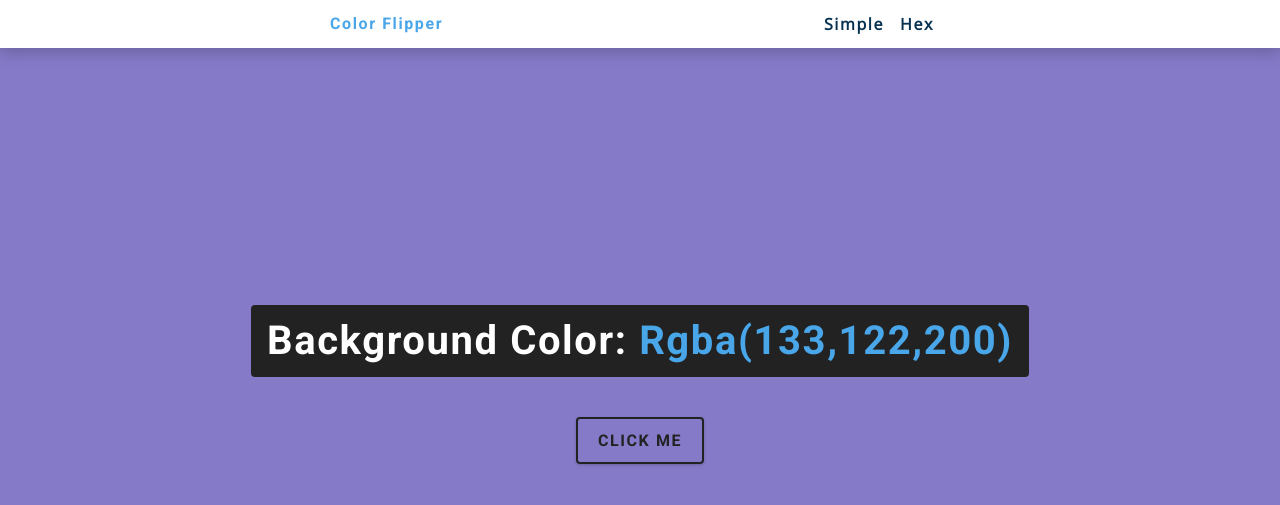
Repository: smit1298/color-changer
Page: index.html
The author's editor kept a copy of each file at every save. The page is drawn from the files as they stood at one save, then again after a run of saves.
The browser window is 1280 px wide. The pictures show the whole page.
After loading, the first visible `#btn` was clicked once.

Above is the page before, as saved 2022-05-02 10:37:13.

### index.html
<!DOCTYPE html>
<html lang="en">

<head>
  <meta charset="UTF-8" />
  <meta name="viewport" content="width=device-width, initial-scale=1.0" />
  <title>Color Flipper || Simple</title>

  <!-- styles -->
  <link rel="stylesheet" href="styles.css" />
</head>

<body>
  <nav>
    <div class="nav-center">
      <h4>color Flipper</h4>
      <ul class="nav-links">
        <li>
          <a href="index.html">simple</a>
        </li>
        <li>
          <a href="hex.html">hex</a>
        </li>
      </ul>
    </div>
  </nav>
  <main>
    <div class="container">
      <h2>background color:
        <span class="color">
          #f1f5f8
        </span>
      </h2>
      <button class="btn btn-hero" id="btn">click me</button>
    </div>
  </main>
  <script src="app.js"></script>
</body>

</html>

### styles.css
/*
===============
Fonts
===============
*/
@import url("https://fonts.googleapis.com/css?family=Open+Sans|Roboto:400,700&display=swap");

/*
===============
Variables
===============
*/

:root {
  /* dark shades of primary color*/
  --clr-primary-1: hsl(205, 86%, 17%);
  --clr-primary-2: hsl(205, 77%, 27%);
  --clr-primary-3: hsl(205, 72%, 37%);
  --clr-primary-4: hsl(205, 63%, 48%);
  /* primary/main color */
  --clr-primary-5: hsl(205, 78%, 60%);
  /* lighter shades of primary color */
  --clr-primary-6: hsl(205, 89%, 70%);
  --clr-primary-7: hsl(205, 90%, 76%);
  --clr-primary-8: hsl(205, 86%, 81%);
  --clr-primary-9: hsl(205, 90%, 88%);
  --clr-primary-10: hsl(205, 100%, 96%);
  /* darkest grey - used for headings */
  --clr-grey-1: hsl(209, 61%, 16%);
  --clr-grey-2: hsl(211, 39%, 23%);
  --clr-grey-3: hsl(209, 34%, 30%);
  --clr-grey-4: hsl(209, 28%, 39%);
  /* grey used for paragraphs */
  --clr-grey-5: hsl(210, 22%, 49%);
  --clr-grey-6: hsl(209, 23%, 60%);
  --clr-grey-7: hsl(211, 27%, 70%);
  --clr-grey-8: hsl(210, 31%, 80%);
  --clr-grey-9: hsl(212, 33%, 89%);
  --clr-grey-10: hsl(210, 36%, 96%);
  --clr-white: #fff;
  --clr-red-dark: hsl(360, 67%, 44%);
  --clr-red-light: hsl(360, 71%, 66%);
  --clr-green-dark: hsl(125, 67%, 44%);
  --clr-green-light: hsl(125, 71%, 66%);
  --clr-black: #222;
  --ff-primary: "Roboto", sans-serif;
  --ff-secondary: "Open Sans", sans-serif;
  --transition: all 0.3s linear;
  --spacing: 0.1rem;
  --radius: 0.25rem;
  --light-shadow: 0 5px 15px rgba(0, 0, 0, 0.1);
  --dark-shadow: 0 5px 15px rgba(0, 0, 0, 0.2);
  --max-width: 1170px;
  --fixed-width: 620px;
}
/*
===============
Global Styles
===============
*/

*,
::after,
::before {
  margin: 0;
  padding: 0;
  box-sizing: border-box;
}
body {
  font-family: var(--ff-secondary);
  background: var(--clr-grey-10);
  color: var(--clr-grey-1);
  line-height: 1.5;
  font-size: 0.875rem;
}
ul {
  list-style-type: none;
}
a {
  text-decoration: none;
}
h1,
h2,
h3,
h4 {
  letter-spacing: var(--spacing);
  text-transform: capitalize;
  line-height: 1.25;
  margin-bottom: 0.75rem;
  font-family: var(--ff-primary);
}
h1 {
  font-size: 3rem;
}
h2 {
  font-size: 2rem;
}
h3 {
  font-size: 1.25rem;
}
h4 {
  font-size: 0.875rem;
}
p {
  margin-bottom: 1.25rem;
  color: var(--clr-grey-5);
}
@media screen and (min-width: 800px) {
  h1 {
    font-size: 4rem;
  }
  h2 {
    font-size: 2.5rem;
  }
  h3 {
    font-size: 1.75rem;
  }
  h4 {
    font-size: 1rem;
  }
  body {
    font-size: 1rem;
  }
  h1,
  h2,
  h3,
  h4 {
    line-height: 1;
  }
}
/*  global classes */

/* section */
.section {
  padding: 5rem 0;
}

.section-center {
  width: 90vw;
  margin: 0 auto;
  max-width: 1170px;
}
@media screen and (min-width: 992px) {
  .section-center {
    width: 95vw;
  }
}
main {
  min-height: 100vh;
  display: grid;
  place-items: center;
}

/*
===============
Nav
===============
*/
nav {
  background: var(--clr-white);
  height: 3rem;
  display: grid;
  align-items: center;
  box-shadow: var(--dark-shadow);
}
.nav-center {
  width: 90vw;
  max-width: var(--fixed-width);
  margin: 0 auto;
  display: flex;
  align-items: center;
  justify-content: space-between;
}
.nav-center h4 {
  margin-bottom: 0;
  color: var(--clr-primary-5);
}
.nav-links {
  display: flex;
}
nav a {
  text-transform: capitalize;
  font-weight: 700;
  font-size: 1rem;
  color: var(--clr-primary-1);
  letter-spacing: var(--spacing);
  margin-right: 1rem;
}
nav a:hover {
  color: var(--clr-primary-5);
}
/*
===============
Container
===============
*/
main {
  min-height: calc(100vh - 3rem);
  display: grid;
  place-items: center;
}
.container {
  text-align: center;
}
.container h2 {
  background: var(--clr-black);
  color: var(--clr-white);
  padding: 1rem;
  border-radius: var(--radius);
  margin-bottom: 2.5rem;
}
.color {
  color: var(--clr-primary-5);
}
.btn-hero {
  font-family: var(--ff-primary);
  text-transform: uppercase;
  background: transparent;
  color: var(--clr-black);
  letter-spacing: var(--spacing);
  display: inline-block;
  font-weight: 700;
  transition: var(--transition);
  border: 2px solid var(--clr-black);
  cursor: pointer;
  box-shadow: 0 1px 3px rgba(0, 0, 0, 0.2);
  border-radius: var(--radius);
  font-size: 1rem;
  padding: 0.75rem 1.25rem;
}
.btn-hero:hover {
  color: var(--clr-white);
  background: var(--clr-black);
}

### app.js
const colors = ["green", "red", "rgba(133,122,200)", "#f15025"];

const btn = document.getElementById("btn");
const color = document.querySelector(".color");

btn.addEventListener("click", function () {
// get randon number between 0 - 3 colors[3]
    const randomNumbrer = 2;
    document.body.style.backgroundColor = colors[randomNumbrer];
    color.textContent = colors[randomNumbrer]
});

After the next 2 saves:
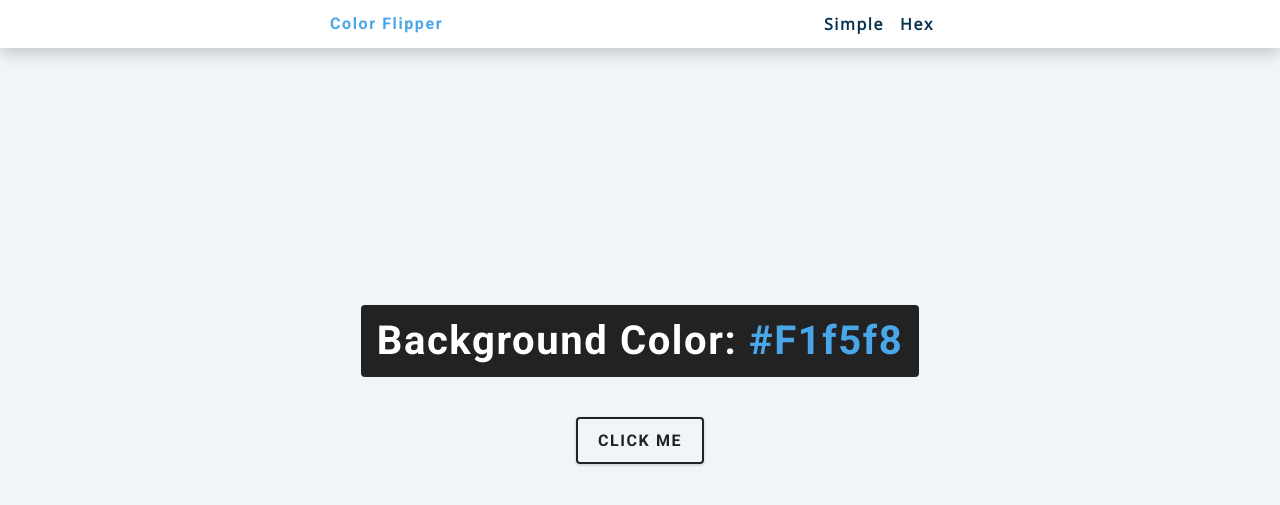
Console error: ReferenceError: randomNumbrer is not defined
The 2 saves are shown as one change because they came seconds apart.
The last was saved 12 s later.
--- a/app.js
+++ b/app.js
@@ -5,7 +5,7 @@
 
 btn.addEventListener("click", function () {
 // get randon number between 0 - 3 colors[3]
-    const randomNumbrer = 2;
+    const randomNumber = 2;
     document.body.style.backgroundColor = colors[randomNumbrer];
-    color.textContent = colors[randomNumbrer]
+    color.textContent = colors[randomNumber]
 });

After the save that followed:
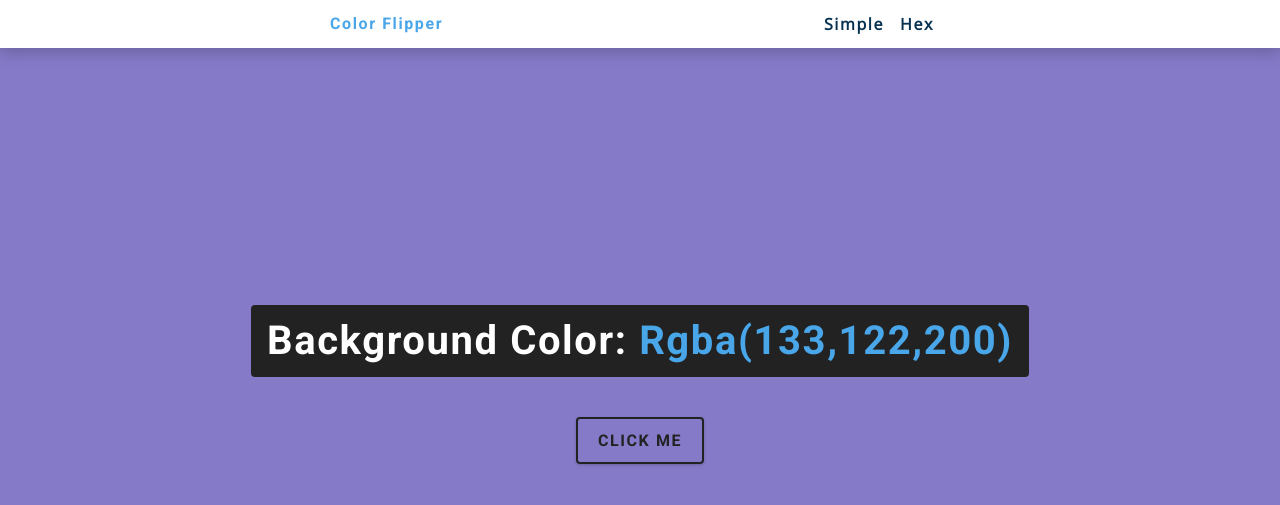
The error is gone.
Saved 4 s later.
--- a/app.js
+++ b/app.js
@@ -6,6 +6,6 @@
 btn.addEventListener("click", function () {
 // get randon number between 0 - 3 colors[3]
     const randomNumber = 2;
-    document.body.style.backgroundColor = colors[randomNumbrer];
+    document.body.style.backgroundColor = colors[randomNumber];
     color.textContent = colors[randomNumber]
 });
